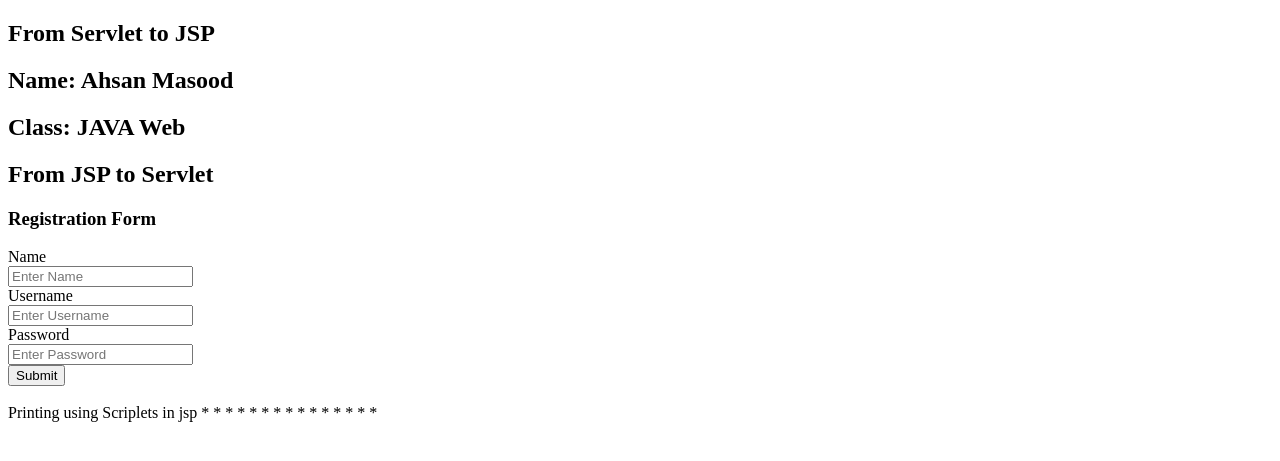
Repository: Ahsan-Masood98/Java-Web-Eng
Page: http://localhost/week2lab/helloworld
These files come from the project's save history. The page is drawn as it stood at one moment and after the next save; the edit follows.
The browser window is 1280 px wide. The pictures show the whole page.
The page is served by Tomcat 9.

Above is the page before, as saved 2022-09-21 13:10:46.

### eclipse-workplace/week2lab/src/main/webapp/index.jsp
<%@ page language="java" contentType="text/html; charset=ISO-8859-1" pageEncoding="ISO-8859-1"%>
<!DOCTYPE html>
<html>
<head>
<meta charset="ISO-8859-1">
<title>Week 2 Lab</title>
</head>
<body>
	<h2>From Servlet to JSP</h2>
	<h2>Name: ${name}</h2>
	<h2>Class: ${course}</h2>
	<h2>From JSP to Servlet</h2>
	<h3>Registration Form</h3>
	<form action="helloworld" method ="post">
	<label>Name</label><br/>
	<input type=text name="name" placeholder="Enter Name"/><br/>
	<label>Username</label><br/>
	<input type=text name="username" placeholder="Enter Username"/><br/>
	<label>Password</label><br/>
	<input type=password name="password" placeholder="Enter Password"/><br/>
	<button type="submit">Submit</button>
	</form>
	<br>
	<% out.print("Printing using Scriplets in jsp"); %>
	<%
		for(int i=1; i<=5; i++){
			for(int j=0; j<=i-1; j++){
				out.print("* ");
			}
		}
	%>

</body>
</html>

### eclipse-workplace/week2lab/src/main/java/com/ahsan/helloworld.java
package com.ahsan;

import java.io.IOException;
import java.io.PrintWriter;

import javax.servlet.RequestDispatcher;
import javax.servlet.ServletException;
import javax.servlet.annotation.WebServlet;
import javax.servlet.http.HttpServlet;
import javax.servlet.http.HttpServletRequest;
import javax.servlet.http.HttpServletResponse;

/**
 * Servlet implementation class helloworld
 */
@WebServlet("/helloworld")
public class helloworld extends HttpServlet {
	private static final long serialVersionUID = 1L;

    /**
     * Default constructor.
     */
    public helloworld() {
        // TODO Auto-generated constructor stub
    }

	/**
	 * @see HttpServlet#doGet(HttpServletRequest request, HttpServletResponse response)
	 */
	protected void doGet(HttpServletRequest request, HttpServletResponse response) throws ServletException, IOException {
		// TODO Auto-generated method stub
		response.getWriter().append("Served at: ").append(request.getContextPath());

		String destination ="index.jsp";
		RequestDispatcher requestDispatcher = request.getRequestDispatcher(destination);
		String name = "Ahsan Masood";
		request.setAttribute("name", name);
		String course = "JAVA Web";
		request.setAttribute("course", course);
		requestDispatcher.forward(request, response);
		// or request.getRequestDispatcher("index.js").forward(request, response);
	}

	/**
	 * @see HttpServlet#doPost(HttpServletRequest request, HttpServletResponse response)
	 */
	protected void doPost(HttpServletRequest request, HttpServletResponse response) throws ServletException, IOException {
		// TODO Auto-generated method stub
		doGet(request, response);
		response.setContentType("Text/HTML");
		String name = request.getParameter("name");
		String username = request.getParameter("username");
		String password = request.getParameter("password");
		PrintWriter out = response.getWriter();
		out.println("<h1> Name: " + name + "</h1> <br/> <h1> Username: " + username + "</h1> <br/>");
	}

}

After the next save:
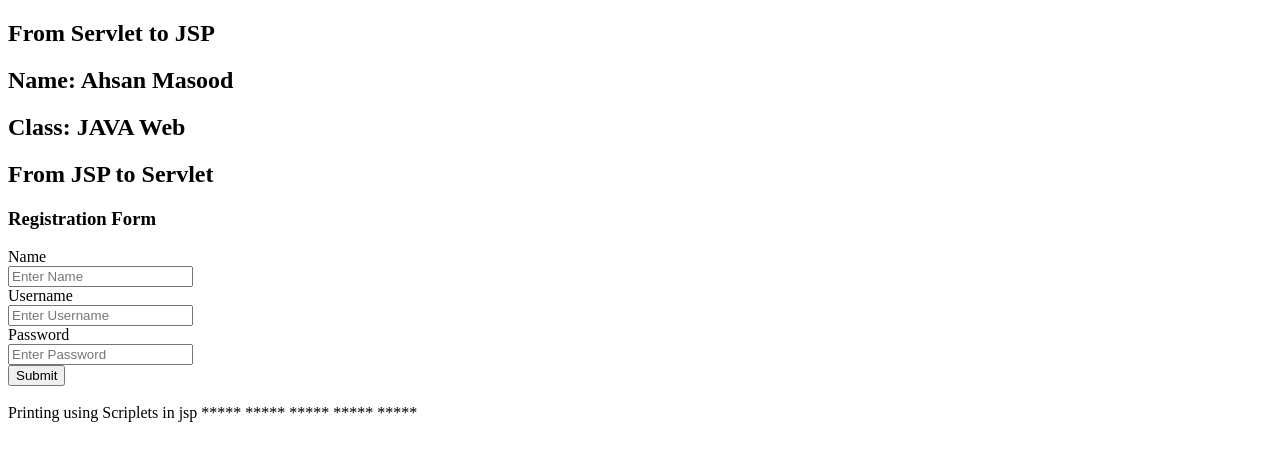
Saved 3 min 47 s later.
--- a/eclipse-workplace/week2lab/src/main/webapp/index.jsp
+++ b/eclipse-workplace/week2lab/src/main/webapp/index.jsp
@@ -24,9 +24,13 @@
 	<% out.print("Printing using Scriplets in jsp"); %>
 	<%
 		for(int i=1; i<=5; i++){
-			for(int j=0; j<=i-1; j++){
-				out.print("* ");
+			for(int j=0; j<5; j++){
+				out.print(" ");
 			}
+			for(int k=0; k<5; k++){
+				out.print("*");
+			}
+
 		}
 	%>
 
